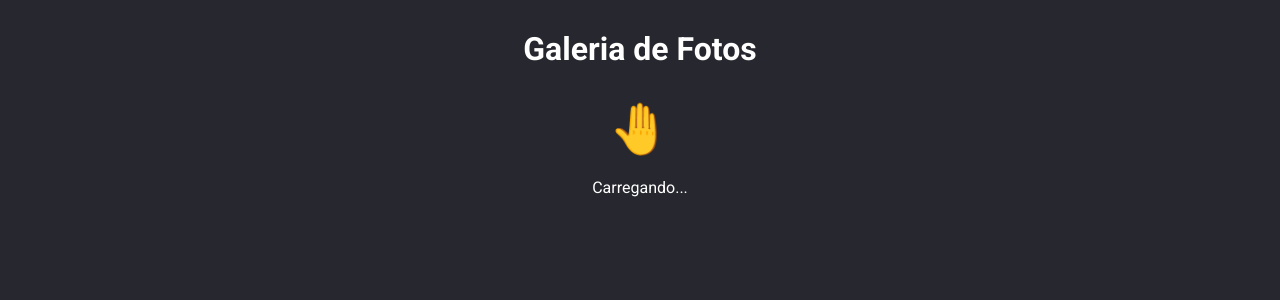
Repository: guilhermecardoso93/imagesapp
Page: /
These files come from the project's save history. The page is drawn as it stood at one moment and after the next save; the edit follows.
The browser window is 1280 px wide. The pictures show the whole page.
The page's requests for data from a server got no answer. The project was rebuilt for these pictures with package versions that can differ from the ones it lists, and the page was loaded fresh each time. No one was signed in, and anything a server would have sent is missing. Also part of the build but not shown: src/components/PhotoItem/styles.ts, src/components/PhotoItem/index.tsx.

Above is the page before, as saved 2022-11-14 18:51:42.

### public/index.html
<!DOCTYPE html>
<html lang="en">
  <head>
    <meta charset="utf-8" />
    <meta name="viewport" content="width=device-width, initial-scale=1" />
    <meta name="theme-color" content="#000000" />
    <meta
      name="description"
      content="Web site created using create-react-app"
      />
    <link rel="preconnect" href="https://fonts.googleapis.com">
    <link rel="preconnect" href="https://fonts.gstatic.com" crossorigin>
    <link
      href="https://fonts.googleapis.com/css2?family=Roboto:wght@400;500;700&display=swap"
      rel="stylesheet">
    <link rel="apple-touch-icon" href="%PUBLIC_URL%/logo192.png" />
    <!--
      manifest.json provides metadata used when your web app is installed on a
      user's mobile device or desktop. See https://developers.google.com/web/fundamentals/web-app-manifest/
    -->
    <link rel="manifest" href="%PUBLIC_URL%/manifest.json" />
    <!--
      Notice the use of %PUBLIC_URL% in the tags above.
      It will be replaced with the URL of the `public` folder during the build.
      Only files inside the `public` folder can be referenced from the HTML.

      Unlike "/favicon.ico" or "favicon.ico", "%PUBLIC_URL%/favicon.ico" will
      work correctly both with client-side routing and a non-root public URL.
      Learn how to configure a non-root public URL by running `npm run build`.
    -->
    <title>React App</title>
  </head>
  <body>
    <noscript>You need to enable JavaScript to run this app.</noscript>
    <div id="root"></div>
    <!--
      This HTML file is a template.
      If you open it directly in the browser, you will see an empty page.

      You can add webfonts, meta tags, or analytics to this file.
      The build step will place the bundled scripts into the <body> tag.

      To begin the development, run `npm start` or `yarn start`.
      To create a production bundle, use `npm run build` or `yarn build`.
    -->
  </body>
</html>

### src/index.tsx
import React from 'react';
import ReactDOM from 'react-dom/client';
import { App } from './App';
import reportWebVitals from './reportWebVitals';

import './global.css'

const root = ReactDOM.createRoot(
  document.getElementById('root') as HTMLElement
);
root.render(
  <React.StrictMode>
    <App />
  </React.StrictMode>
);

// If you want to start measuring performance in your app, pass a function
// to log results (for example: reportWebVitals(console.log))
// or send to an analytics endpoint. Learn more: https://bit.ly/CRA-vitals
reportWebVitals();

### src/App.tsx
import { useEffect, useState } from "react";
import { Area, Container, Header, ScreenWaring, PhotoList } from "./App.styles";
import { PhotoItem } from "./components/PhotoItem";
import * as Photos from "./services/photos";
import { PhotoTypes } from "./types/photoTypes";

export function App() {
  const [loading, setLoading] = useState(false);
  const [photos, setPhotos] = useState<PhotoTypes[]>([]);

  useEffect(() => {
    const getPhotos = async () => {
      setLoading(true);
      setPhotos(await Photos.getAll());
      setLoading(false);
    };
    getPhotos();
  }, []);

  return (
    <Container>
      <Area>
        <Header>Galeria de Fotos</Header>
        {loading && (
          <ScreenWaring>
            <div className="emoji">🤚</div>
            <div>Carregando...</div>
          </ScreenWaring>
        )}
        {!loading && photos.length > 0 && (
          <PhotoList>
            {photos.map((photo) => (
              <PhotoItem  key={photo.url} name={photo.name} url={photo.url}/>
            ))}
          </PhotoList>
        )}
        {!loading && photos.length === 0 && (
          <ScreenWaring>
            <div className="emoji">🙃</div>
            <div>Não há fotos disponiveis...</div>
          </ScreenWaring>
        )}
      </Area>
    </Container>
  );
}

### src/global.css
* {
  box-sizing: border-box;
  margin: 0;
  padding: 0;

  font-family: 'Roboto', sans-serif;
}

### src/App.styles.ts
import styled from "styled-components";

export const Container = styled.div`
  background-color: #27282f;
  color: #fff;
  height: 100vh;
`;
export const Area = styled.div`
  margin: auto;
  max-width: 61.25rem;
  padding: 1.87rem 0;
`;

export const Header = styled.h1`
  text-align: center;
  margin-bottom: 2rem;
`;

export const ScreenWaring = styled.div`
  display: flex;
  flex-direction: column;
  align-items: center;
  justify-content: center;

  .emoji {
    font-size: 50px;
    margin-bottom: 20px;
  }
`;

export const PhotoList = styled.div`
  display: grid;
  grid-auto-columns: 1fr;
  grid-template-columns: 1fr 1fr 1fr 1fr;
  gap: 10px 10px;
`;

### src/services/photos.ts
import { ref,listAll, getDownloadURL } from "firebase/storage";
import { storage } from "../libs/firebase";
import { PhotoTypes } from "../types/photoTypes";

export async function getAll() {
  let list: PhotoTypes[] = [];

  const galleryFolder = ref(storage, "gallery")
  const photoList = await listAll(galleryFolder)

  for(let i in photoList.items) {
    let photoUrl = await getDownloadURL(photoList.items[i])

    list.push({
      name:photoList.items[i].name,
      url: photoUrl,
    })
  }

  return list;
}

### src/libs/firebase.ts
import { initializeApp } from "firebase/app";
import { getStorage } from "firebase/storage";

const firebaseConfig = {
  apiKey: process.env.REACT_APP_FIREBASE_KEY,
  authDomain: process.env.REACT_APP_FIREBASE_AUTHDOMAIN,
  projectId: process.env.REACT_APP_FIREBASE_PROJECTID,
  storageBucket: process.env.REACT_APP_FIREBASE_STORAGEBUCKET,
  messagingSenderId: process.env.REACT_APP_FIREBASE_MESSEAGINGENDRID,
  appId: process.env.REACT_APP_FIREBASE_APPID,
  measurementId: process.env.REACT_APP_MEASUREMENTID,
};

const firebaseApp = initializeApp(firebaseConfig);
export const storage = getStorage(firebaseApp);

Loaded but not shown: src/reportWebVitals.ts (common file)

After the next save:
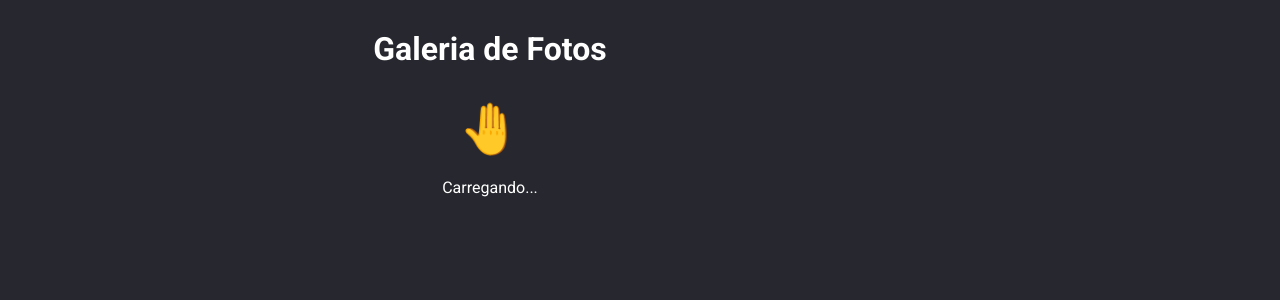
Saved 19 s later.
--- a/src/App.styles.ts
+++ b/src/App.styles.ts
@@ -6,7 +6,7 @@
   height: 100vh;
 `;
 export const Area = styled.div`
-  margin: auto;
+  margin: auto 0;
   max-width: 61.25rem;
   padding: 1.87rem 0;
 `;

After the save that followed:
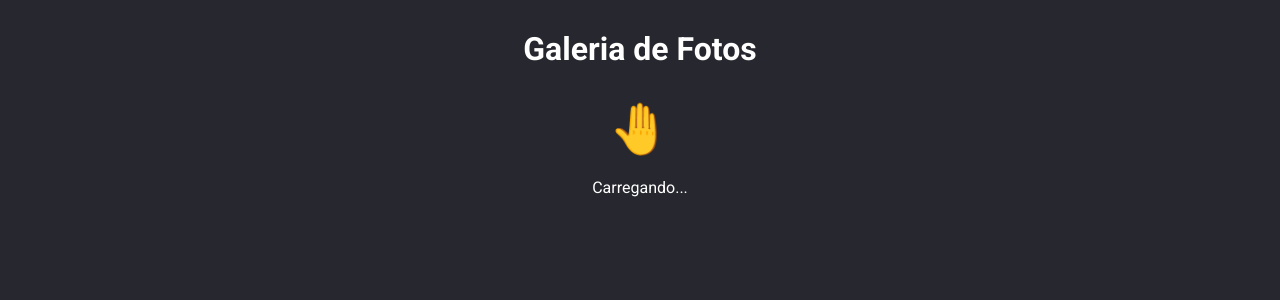
Saved 7 s later.
--- a/src/App.styles.ts
+++ b/src/App.styles.ts
@@ -6,7 +6,7 @@
   height: 100vh;
 `;
 export const Area = styled.div`
-  margin: auto 0;
+  margin: auto;
   max-width: 61.25rem;
   padding: 1.87rem 0;
 `;
